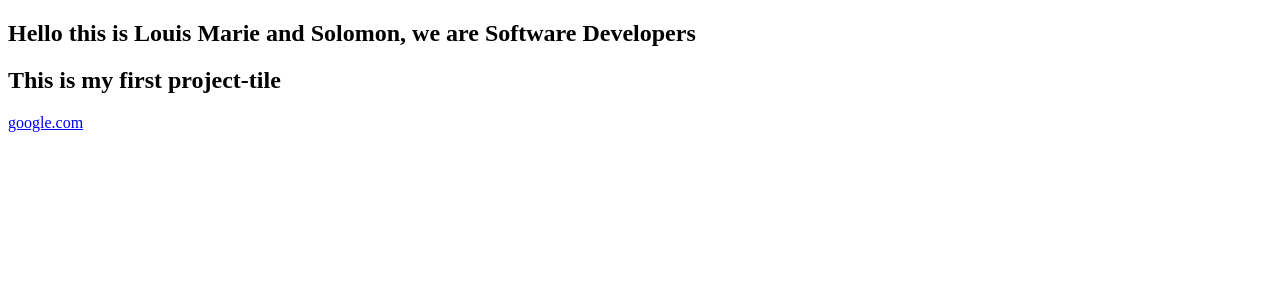
Repository: Achilles-Dev/Personal-Portfolio-Webpage
Page: index.html
These files come from the project's save history. The page is drawn as it stood at one moment and after the next save; the edit follows.
The browser window is 1280 px wide. The pictures show the whole page.

Above is the page before, as saved 2021-12-28 13:46:13.

### index.html
<!DOCTYPE html>
<html lang="en">
  <head>
    <meta charset="UTF-8">
    <title>Fork Me! FCC: Test Suite Template</title>
    <link rel="stylesheet" href="css/style.css">
  </head>
  <body>
    <nav id="navbar">

    </nav>
    <section id="welcome-section">
      <h1>Hello this is Louis Marie and Solomon, we are Software Developers</h1>
    </section>
    <section id="projects">
      <h2 class="project-tile"> This is my first project-tile</h2>
      <a href="https://www.google.com/">google.com</a>

    </section>


    <script src="https://cdn.freecodecamp.org/testable-projects-fcc/v1/bundle.js"></script>

    <script  src="js/index.js"></script>
  </body>
</html>

### js/index.js
// !! IMPORTANT README:

// You may add additional external JS and CSS as needed to complete the project, however the current external resource MUST remain in place for the tests to work. BABEL must also be left in place.

/***********
INSTRUCTIONS:
  - Select the project you would
    like to complete from the dropdown
    menu.
  - Click the "RUN TESTS" button to
    run the tests against the blank
    pen.
  - Click the "TESTS" button to see
    the individual test cases.
    (should all be failing at first)
  - Start coding! As you fulfill each
    test case, you will see them go
    from red to green.
  - As you start to build out your
    project, when tests are failing,
    you should get helpful errors
    along the way!
    ************/

// PLEASE NOTE: Adding global style rules using the * selector, or by adding rules to body {..} or html {..}, or to all elements within body or html, i.e. h1 {..}, has the potential to pollute the test suite's CSS. Try adding: * { color: red }, for a quick example!

// Once you have read the above messages, you can delete all comments.
"use strict";

Loaded but not shown: css/style.css (no stored copy; drawn as an empty file)

After the next save:
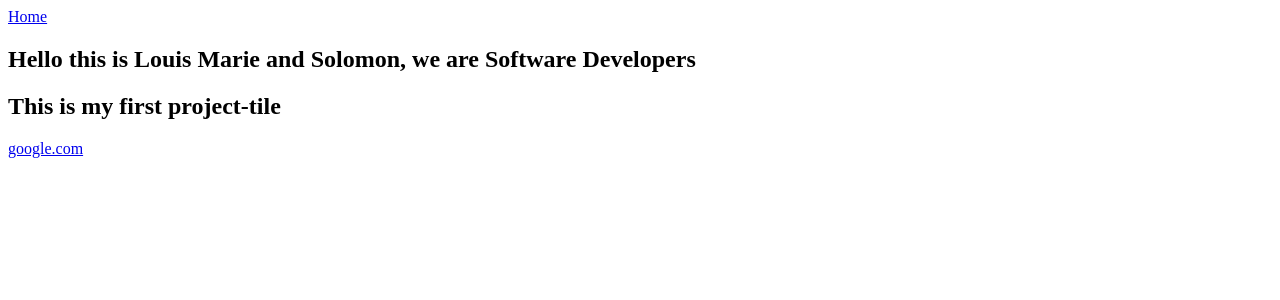
Saved 74 s later.
--- a/index.html
+++ b/index.html
@@ -7,7 +7,7 @@
   </head>
   <body>
     <nav id="navbar">
-
+            <a href="#">Home</a>
     </nav>
     <section id="welcome-section">
       <h1>Hello this is Louis Marie and Solomon, we are Software Developers</h1>
